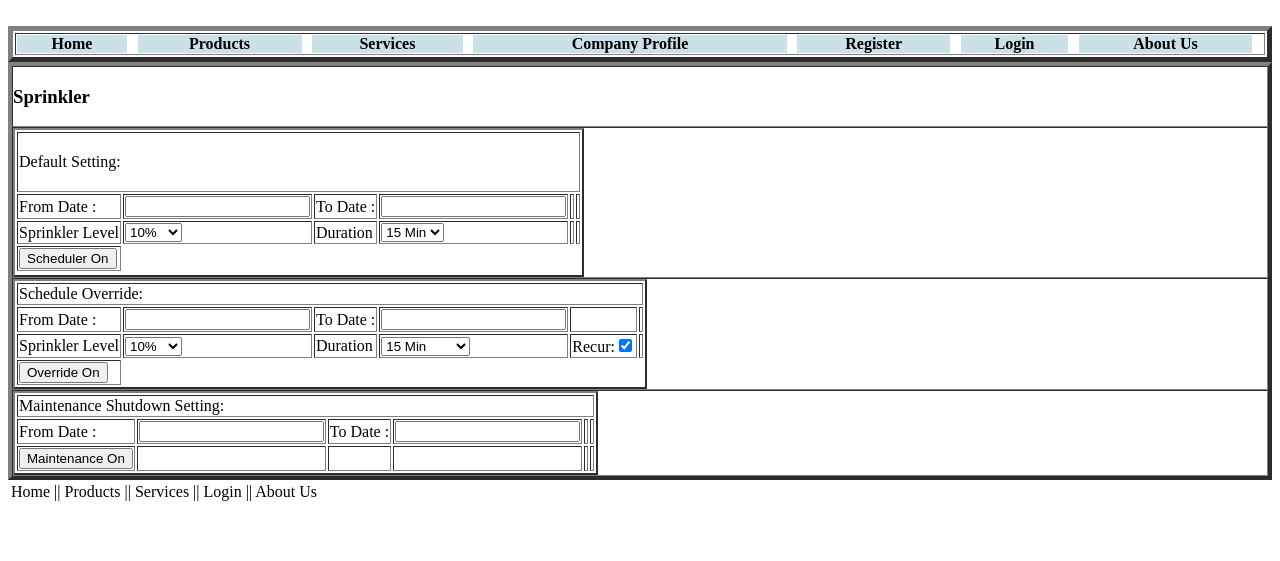
Repository: hassan-stash/shas
Page: http://localhost/SHAS/SprinklerGUI.jsp
These files come from the project's save history. The page is drawn as it stood at one moment and after the next save; the edit follows.
The browser window is 1280 px wide. The pictures show the whole page.
The page is served by Tomcat 9. The template is opened directly, without the code that normally fills it, so the values that code supplies are empty.

Above is the page before, as saved 2013-03-24 21:52:40.

After the next save:
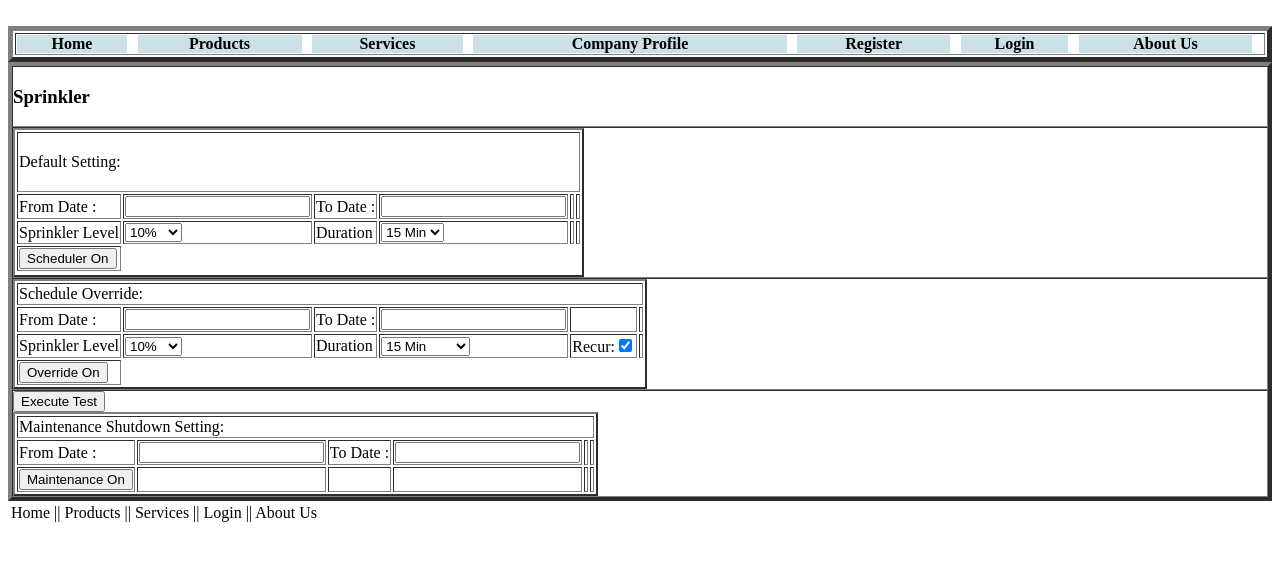
Saved 11 min 32 s later.
--- a/SHAS/WebContent/SprinklerGUI.jsp
+++ b/SHAS/WebContent/SprinklerGUI.jsp
@@ -339,7 +339,7 @@
 				<td></td>
 				<td></td>
 			</tr>
-
+			<input type="submit" id="btnSubmit" name="btnSubmit" value="Execute Test"/>
 		</table>
 		</td>
 	</tr>

After the save that followed:
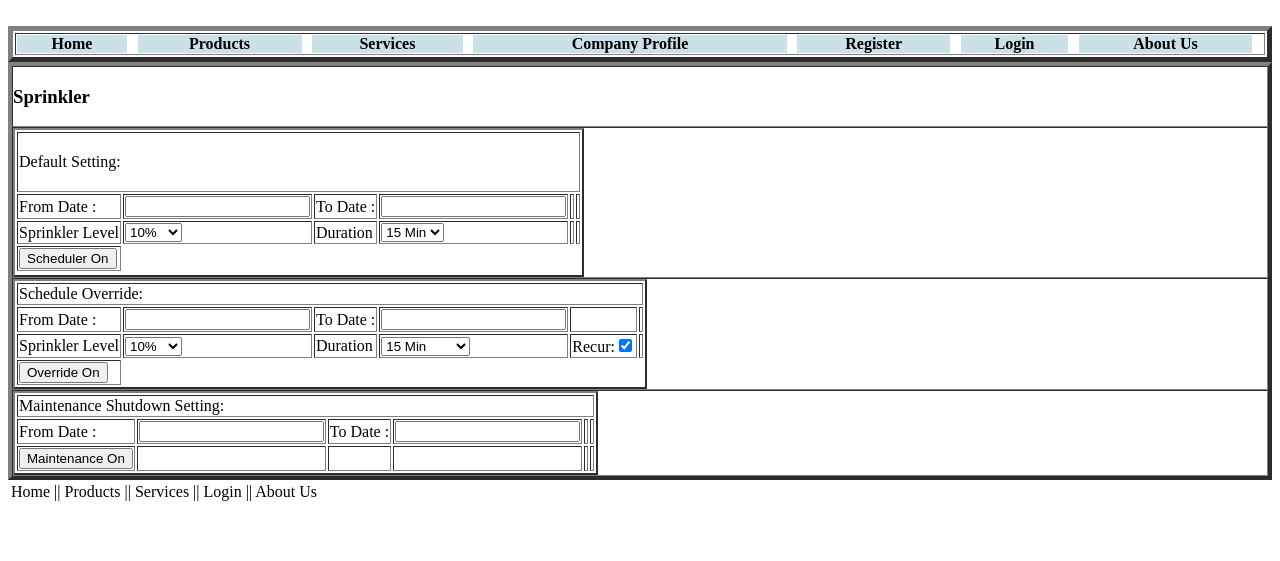
Saved 62 s later.
--- a/SHAS/WebContent/SprinklerGUI.jsp
+++ b/SHAS/WebContent/SprinklerGUI.jsp
@@ -339,7 +339,7 @@
 				<td></td>
 				<td></td>
 			</tr>
-			<input type="submit" id="btnSubmit" name="btnSubmit" value="Execute Test"/>
+
 		</table>
 		</td>
 	</tr>
